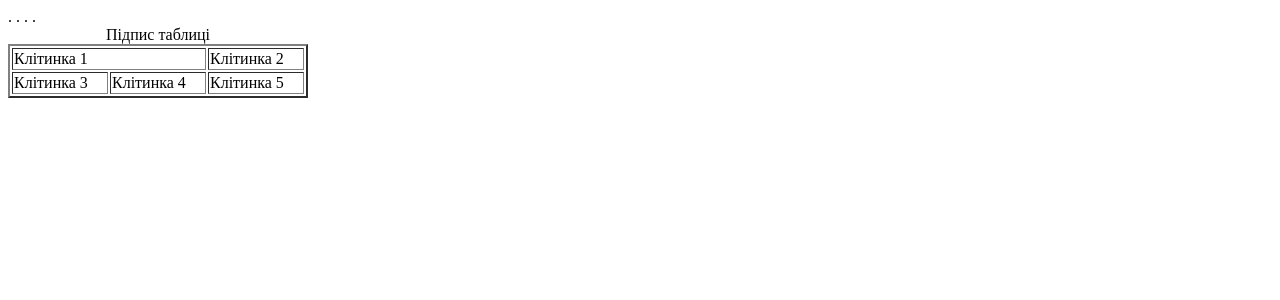
Repository: KseniaMakara/Web
Page: tables/index.html
These files come from the project's save history. The page is drawn as it stood at one moment and after the next save; the edit follows.
The browser window is 1280 px wide. The pictures show the whole page.

Above is the page before, as saved 2021-02-14 12:05:33.

After the next save:
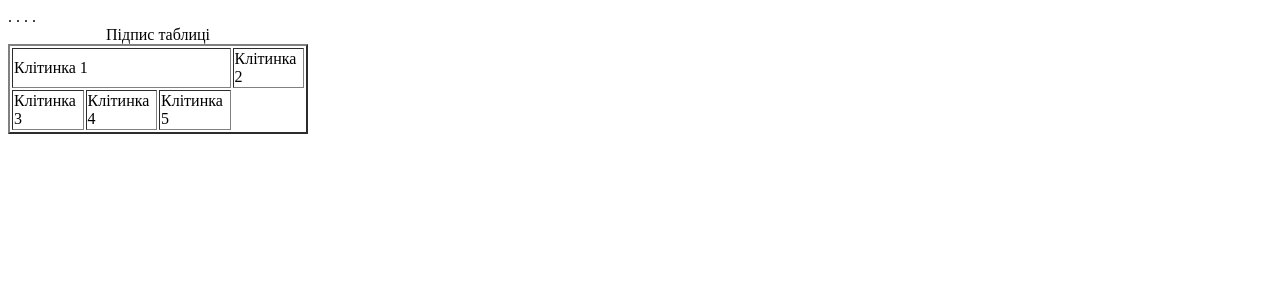
Saved 3 min 11 s later.
--- a/tables/index.html
+++ b/tables/index.html
@@ -1,7 +1,7 @@
 <table border="2px" width="300px">
     <caption>Підпис таблиці</caption>
     <tr>
-    <td colspan="2"> Клітинка 1 </td>
+    <td colspan="3"> Клітинка 1 </td>
     <td> Клітинка 2 </td>
     </tr>
     <tr>
